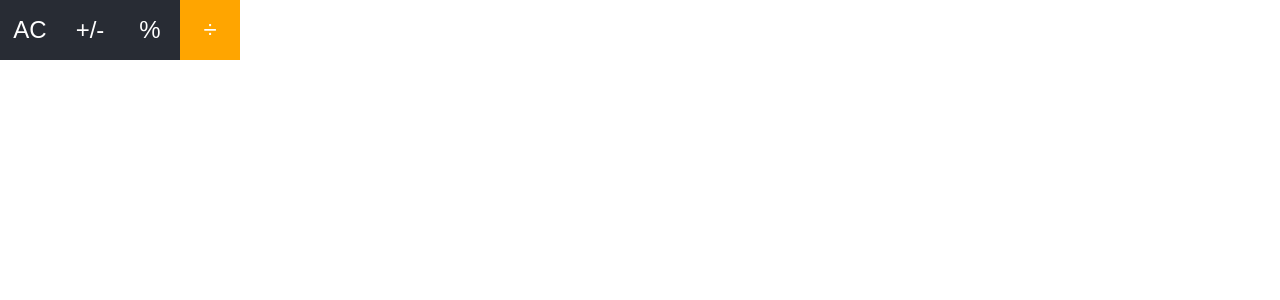
Repository: catsarenotreal/CalculatorWebApp
Page: /
The author's editor kept a copy of each file at every save. The page is drawn from the files as they stood at one save, then again after the next save.
The browser window is 1280 px wide. The pictures show the whole page.
The project was rebuilt for these pictures with package versions that can differ from the ones it lists, and the page was loaded fresh each time.

Above is the page before, as saved 2024-08-22 14:59:42.

### src/App.tsx
import React from 'react';
// import logo from './logo.svg';
import './App.css';

type Props = {
  val : string;
  colour : 'orange'|'darkgrey'|'lightgrey';
}

function DisplayScreen(){ // changes on click for = sign
  return <></>;
}

function Buttons(props : Props){

  const val = props.val;
  const colour = props.colour;


  function handleClick(){

  }

  return <button className = {`Buttons ${colour}`} onClick = {handleClick}>
    {val}
  </button>
}

export default function Calc() {
  return (
    <main>
      <div className = "row">
        {/* <DisplayScreen> </DisplayScreen> */}
      </div>
      <div className = "row">
        <Buttons val={'AC'} colour = 'darkgrey'/>
        <Buttons val={'+/-'} colour = 'darkgrey'/>
        <Buttons val={'%'} colour = 'darkgrey'/ >
        <Buttons val={'÷'} colour = 'orange' />
      </div>
      <div>

      </div>
    </main>

  );
}

### src/App.css
.App {
  text-align: center;
}

:root{

  --greyBG: grey;
  --darkGreyBG: rgb(46, 46, 46);
  --orangeBG: orange;

  --bgColour: if ('grey') var(--greyBG) else var(--orangeBG)


}

.App-logo {
  height: 40vmin;
  pointer-events: none;
}


.App-header {
  background-color: #282c34;
  min-height: 100vh;
  display: flex;
  flex-direction: column;
  align-items: center;
  justify-content: center;
  font-size: calc(10px + 2vmin);
  color: white;
}

.App-link {
  color: #61dafb;
}


.DisplayScreen {
  background-color: rgb(24, 24, 24);
  text-align: right;
}

.Buttons {
  text-align: center;
  box-shadow: none;
  border: 0;
  border-radius: 0;
  font-size: 1.5rem;
  color: white;
  height: 60px;
  width: 60px;
}

.Buttons.orange{
  background-color: orange;
}

.Buttons.lightgrey{
  background-color: #797979;
}

.Buttons.darkgrey{
  background-color:#282c34;
}






@keyframes App-logo-spin {
  from {
    transform: rotate(0deg);
  }
  to {
    transform: rotate(360deg);
  }
}

Loaded but not shown: public/index.html (common file); src/index.tsx (common file); src/index.css (common file); src/reportWebVitals.ts (common file)

After the next save:
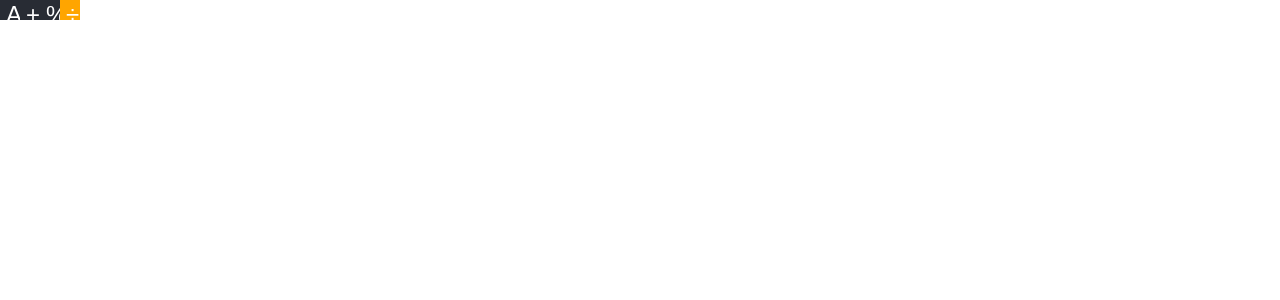
Saved 10 s later.
--- a/src/App.css
+++ b/src/App.css
@@ -47,8 +47,8 @@
   border-radius: 0;
   font-size: 1.5rem;
   color: white;
-  height: 60px;
-  width: 60px;
+  height: 20px;
+  width: 20px;
 }
 
 .Buttons.orange{

After the save that followed:
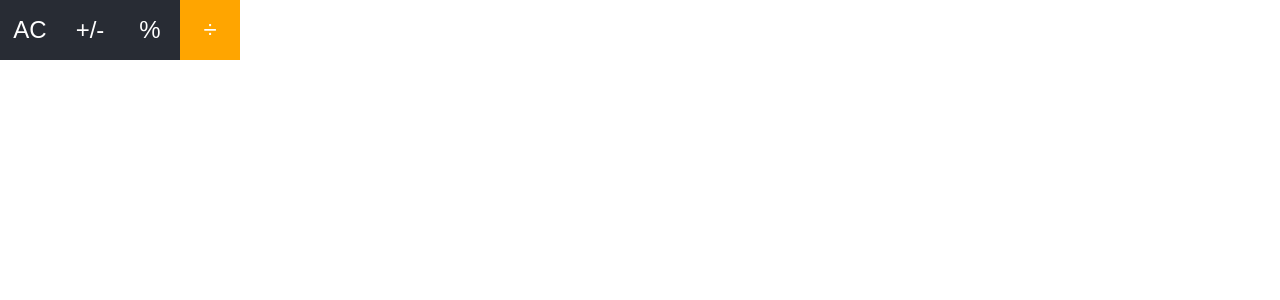
Saved 5 s later.
--- a/src/App.css
+++ b/src/App.css
@@ -47,8 +47,8 @@
   border-radius: 0;
   font-size: 1.5rem;
   color: white;
-  height: 20px;
-  width: 20px;
+  height: 60px;
+  width: 60px;
 }
 
 .Buttons.orange{
